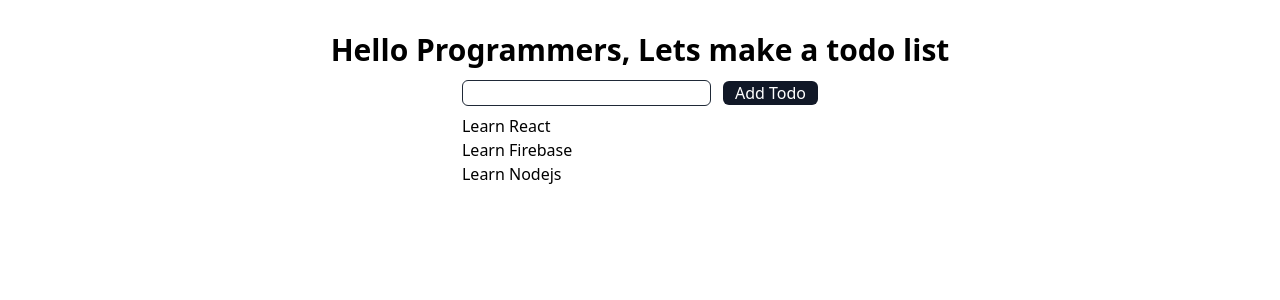
Repository: Shamraiz761/todo_list
Page: /
These files come from the project's save history. The page is drawn as it stood at one moment and after a run of saves; the edit follows.
The browser window is 1280 px wide. The pictures show the whole page.
The project was rebuilt for these pictures with package versions that can differ from the ones it lists, and the page was loaded fresh each time. Also part of the build but not shown: vite.config.js.

Above is the page before, as saved 2024-01-11 22:39:47.

### src/App.jsx
import { useState } from "react";

function App() {
  const [todo, setTodo] = useState([
    "Learn React",
    "Learn Firebase",
    "Learn Nodejs",
  ]);
  const [input, setInput] = useState("");
  const addTodo = (e) => {
    e.preventDefault();
    setTodo([...todo, input]);
    setInput("");
  };

  return (
    <div className="m-5 p-3 ">
      <h1 className="text-3xl font-bold  text-center">
        Hello Programmers, Lets make a todo list
      </h1>
      <div className="flex justify-center items-center my-3">
        <div>
          <form>
            <input
              type="text"
              value={input}
              className="border border-gray-800 mr-3  px-2 rounded-md"
              onChange={(e) => {
                setInput(e.target.value);
              }}
            />
            <button className="px-3 bg-gray-900 rounded-md text-white font-medium" onClick={addTodo}>Add Todo</button>
          </form>
          <ul className="mt-2">
            {todo.map((item, index) => {
              return <li className="" key={index}>{item}</li>;
            })}
          </ul>
        </div>
      </div>
    </div>
  );
}

export default App;

Loaded but not shown: index.html (common file); src/main.jsx (common file); src/index.css (common file); tailwind.config.js (common file)

After the next 2 saves:
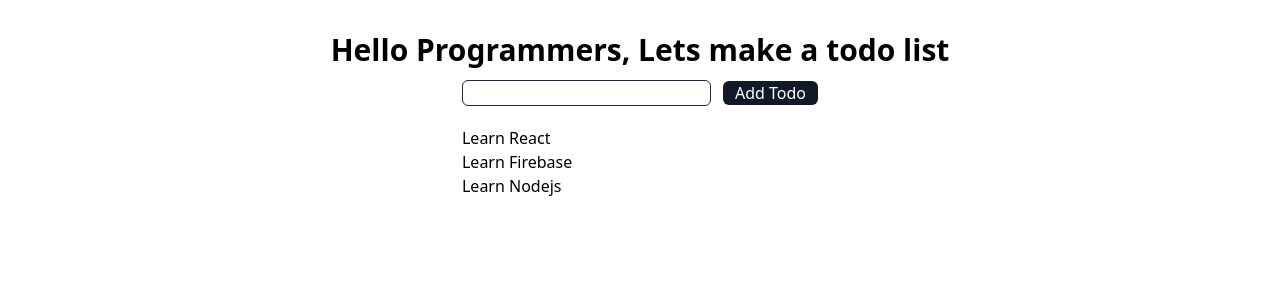
The 2 saves are shown as one change because they came seconds apart.
The last was saved 10 s later.
--- a/src/App.jsx
+++ b/src/App.jsx
@@ -31,7 +31,7 @@ function App() {
             />
             <button className="px-3 bg-gray-900 rounded-md text-white font-medium" onClick={addTodo}>Add Todo</button>
           </form>
-          <ul className="mt-2">
+          <ul className="mt-5">
             {todo.map((item, index) => {
               return <li className="" key={index}>{item}</li>;
             })}
